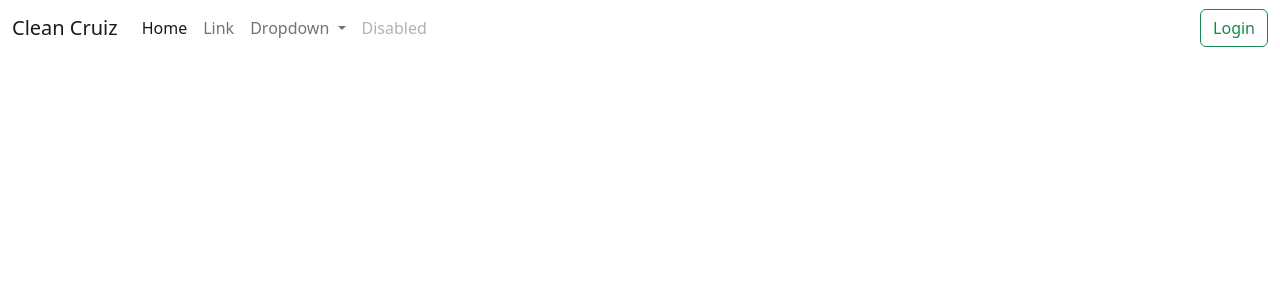
Repository: uy022/QuocUybaitapgiuaki
Page: index.html
An editor plug-in stored every save of this project. The page is shown before and after the next save, followed by the edit.
The browser window is 1280 px wide. The pictures show the whole page.

Above is the page before, as saved 2022-08-30 17:31:08.

### index.html
<!DOCTYPE html>
<html>
    <head>
        <title> Bài tập giữa kỳ </title>
        <link href="node_modules/bootstrap/dist/css/bootstrap.min.css" rel="stylesheet" />
       <link rel="stylesheet" href="./css/style1.css">
    </head>
    <body>

        <div class="menu">
            <nav class="navbar navbar-expand-lg menu1">
                <div class="container-fluid">
                  <a class="navbar-brand" href="#">Clean Cruiz</a>
                  <button class="navbar-toggler" type="button" data-bs-toggle="collapse" data-bs-target="#navbarSupportedContent" aria-controls="navbarSupportedContent" aria-expanded="false" aria-label="Toggle navigation">
                    <span class="navbar-toggler-icon"></span>
                  </button>
                  <div class="collapse navbar-collapse" id="navbarSupportedContent">
                    <ul class="navbar-nav me-auto mb-2 mb-lg-0">
                      <li class="nav-item">
                        <a class="nav-link active" aria-current="page" href="#">Home</a>
                      </li>
                      <li class="nav-item">
                        <a class="nav-link" href="#">Link</a>
                      </li>
                      <li class="nav-item dropdown">
                        <a class="nav-link dropdown-toggle" href="#" role="button" data-bs-toggle="dropdown" aria-expanded="false">
                          Dropdown
                        </a>
                        <ul class="dropdown-menu">
                          <li><a class="dropdown-item" href="#">Action</a></li>
                          <li><a class="dropdown-item" href="#">Another action</a></li>
                          <li><hr class="dropdown-divider"></li>
                          <li><a class="dropdown-item" href="#">Something else here</a></li>
                        </ul>
                      </li>
                      <li class="nav-item">
                        <a class="nav-link disabled">Disabled</a>
                      </li>
                    </ul>
                    <form class="d-flex" role="search">
                      <button class="btn btn-outline-success" type="submit">Login</button>
                    </form>
                  </div>
                </div>
              </nav>
        </div>

    </body>
    <script src="/node_modules/bootstrap/dist/js/bootstrap.min.js"> </script>
</html>

### css/style1.css
.menu1{
background-color: F36B7F;
}

Loaded but not shown: node_modules/bootstrap/dist/css/bootstrap.min.css (library); node_modules/bootstrap/dist/js/bootstrap.min.js (library)

After the next save:
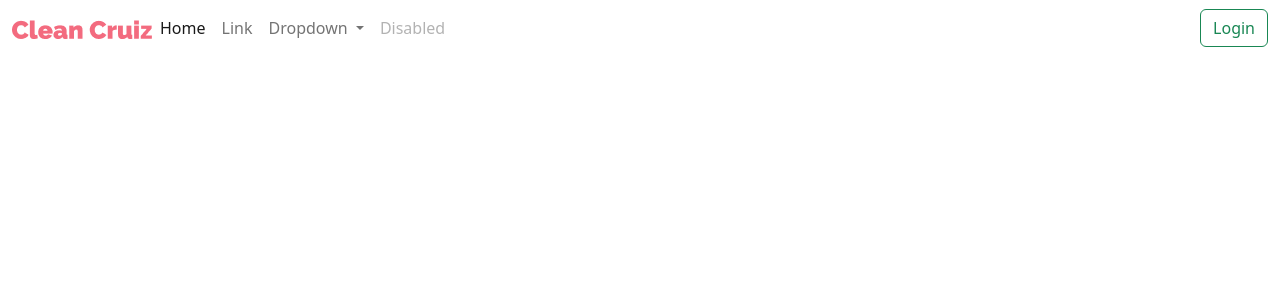
Saved 24 min 21 s later.
--- a/index.html
+++ b/index.html
@@ -10,7 +10,9 @@
         <div class="menu">
             <nav class="navbar navbar-expand-lg menu1">
                 <div class="container-fluid">
-                  <a class="navbar-brand" href="#">Clean Cruiz</a>
+                  <div class="logo">
+                    <img src="./imgs/Clean Cruiz LOGO 1.png" alt="">
+                  </div>
                   <button class="navbar-toggler" type="button" data-bs-toggle="collapse" data-bs-target="#navbarSupportedContent" aria-controls="navbarSupportedContent" aria-expanded="false" aria-label="Toggle navigation">
                     <span class="navbar-toggler-icon"></span>
                   </button>
